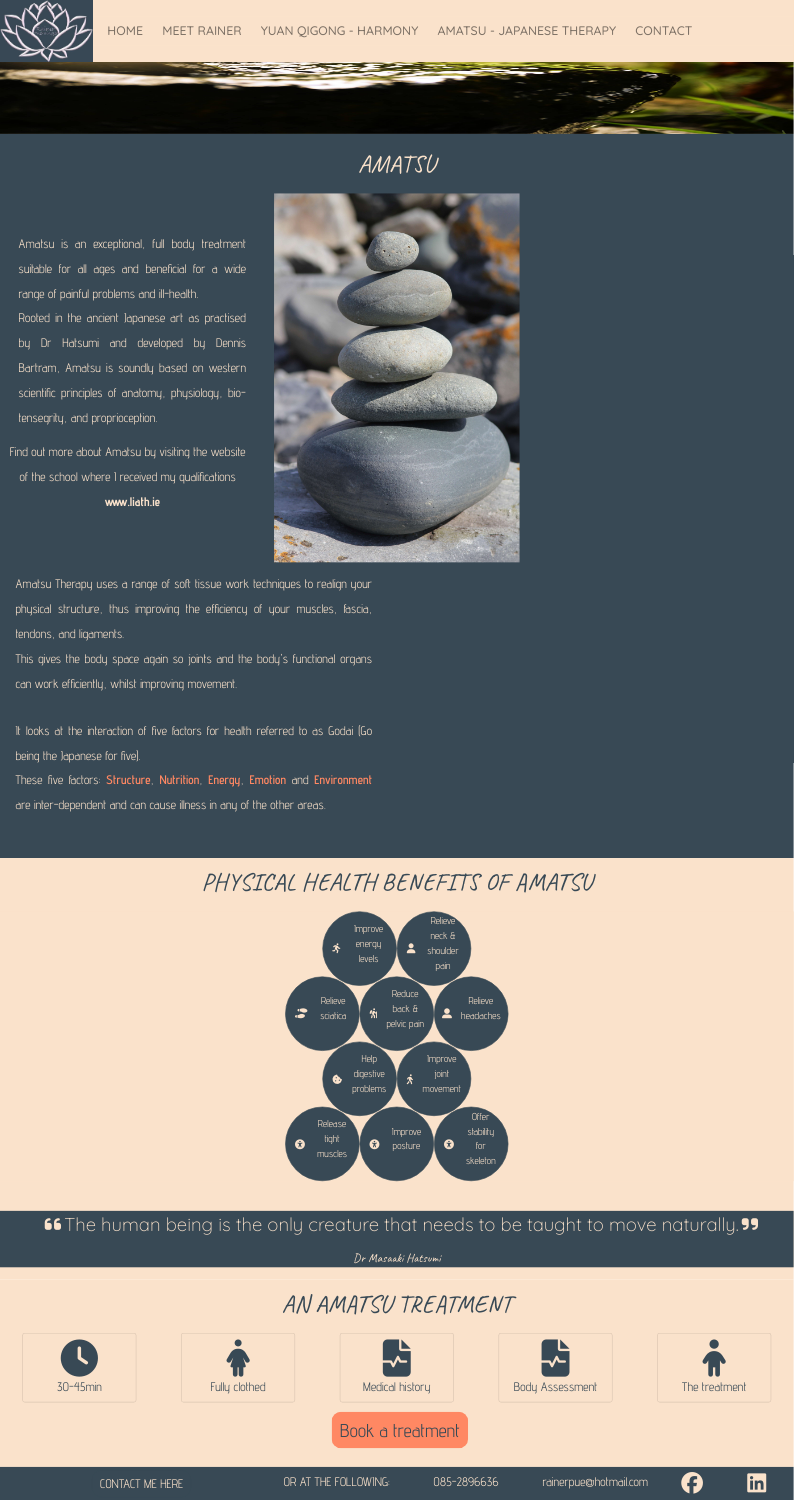
Repository: rainerpue/practitioner_website
Page: amatsu.html
The author's editor kept a record of every edit. The page is drawn from the files as they stood at one moment, then again after the next edit.
The browser window is 1280 px wide. The pictures show the whole page, at 62% of full size.
Some web libraries are served in a nearby version.

Above is the page before.

After the next edit:
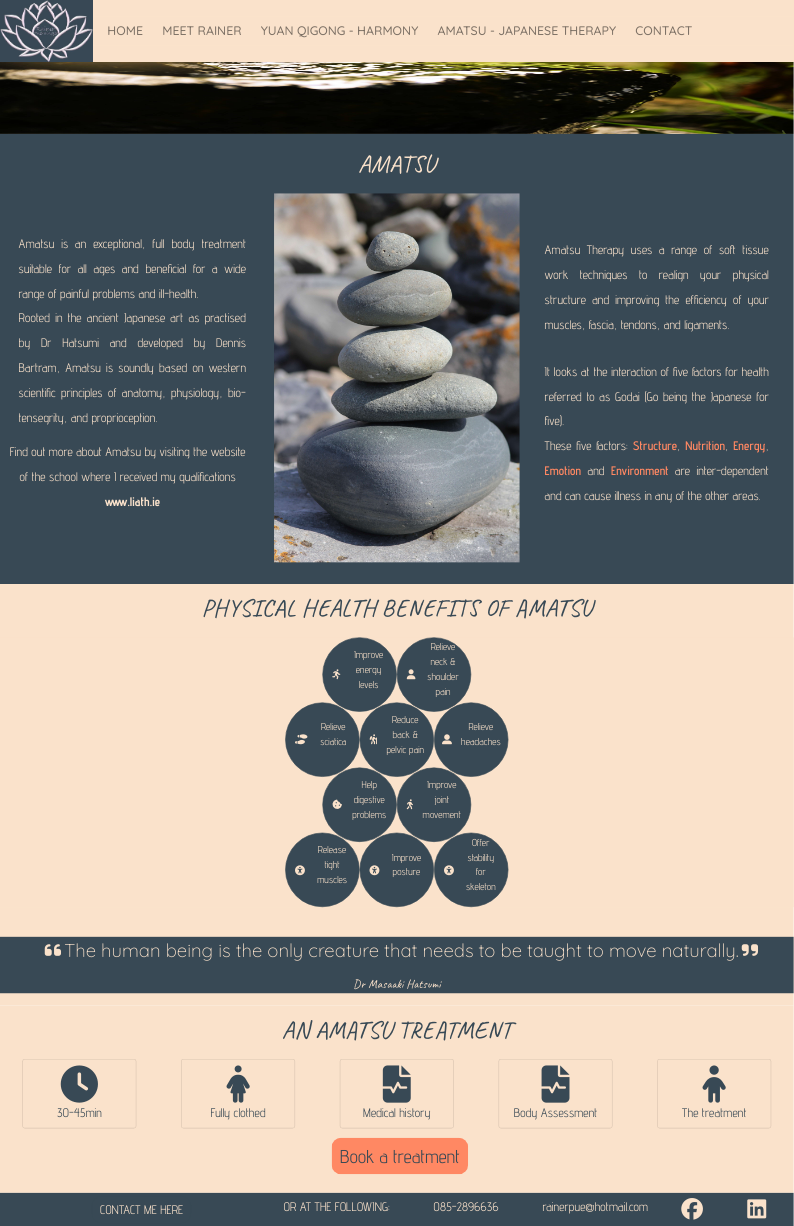
The edit:
--- a/amatsu.html
+++ b/amatsu.html
@@ -84,9 +84,8 @@
                 <div class="col-12 col-md-4 text-center">
                     <img class="sm-img" src="assets/images/amatsu.jpg" width="100%" height="auto" alt="Stones balanced">
                 </div>
-                <div class="col-12 col-md-6 main-content text-center">
-                    <p class="text-justify specialp">Amatsu Therapy uses a range of soft tissue work techniques to realign your physical structure, thus improving the efficiency of your muscles, fascia, tendons, and ligaments.<br> This gives the body space again so joints and the body's
-                        functional organs can work efficiently, whilst improving movement.</p>
+                <div class="col-12 col-md-4 main-content text-center">
+                    <p class="text-justify specialp">Amatsu Therapy uses a range of soft tissue work techniques to realign your physical structure and improving the efficiency of your muscles, fascia, tendons, and ligaments.</p>
                     <p class="text-justify specialp">It looks at the interaction of five factors for health referred to as Godai (Go being the Japanese for five). <br> These five factors: <span class="fivefactors">Structure</span>, <span class="fivefactors">Nutrition</span>, <span class="fivefactors">Energy</span>,
                         <span class="fivefactors">Emotion</span> and <span class="fivefactors">Environment</span> are inter-dependent and can cause illness in any of the other areas.</p>
                 </div>
